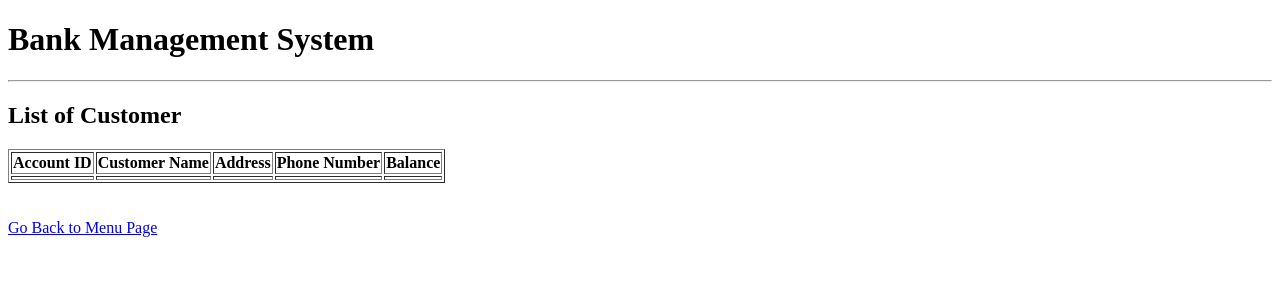
Repository: brnce/Wiley-Java-Project
Page: http://localhost/ShowCustomer
An editor plug-in stored every save of this project. The page is shown before and after the next save, followed by the edit.
The browser window is 1280 px wide. The pictures show the whole page.
The page is this project's Thymeleaf template; nobody is signed in. The template is opened directly, without the code that normally fills it, so the values that code supplies are empty.

Above is the page before, as saved 2022-12-02 10:13:04.

After the next save:
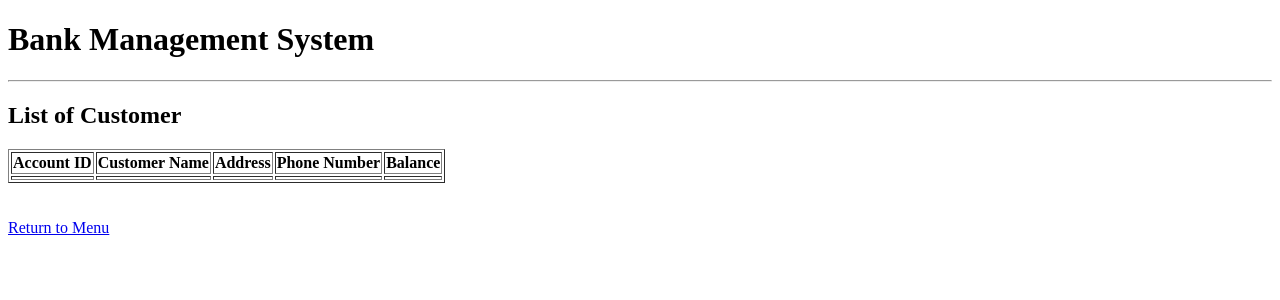
Saved 3 min 22 s later.
--- a/SpringBootMVCProject/AccountSpringBootMVCProject/src/main/resources/templates/ShowCustomer.html
+++ b/SpringBootMVCProject/AccountSpringBootMVCProject/src/main/resources/templates/ShowCustomer.html
@@ -27,7 +27,8 @@
 		<td th:text="${customer.balance}"></td>
 	</tr>
 </table>
-<br><br>
-<a href="./">Go Back to Menu Page</a>
+<br>
+<br>
+<a th:href="@{/index.html}">Return to Menu</a>
 </body>
 </html>
